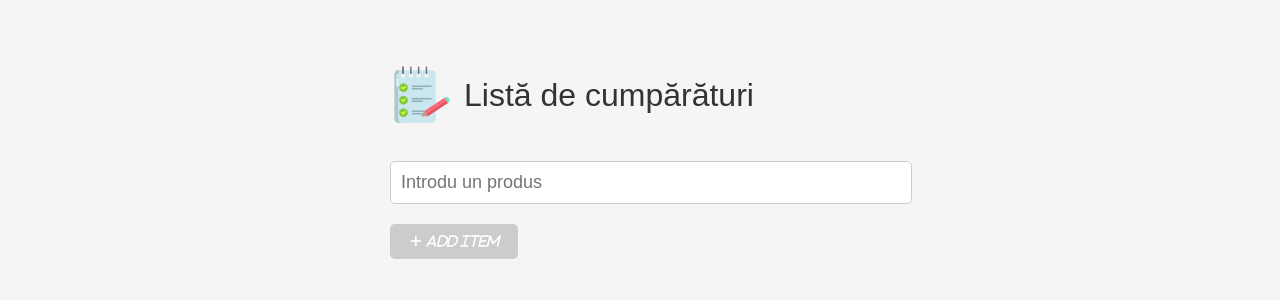
Repository: klaus0005/shopping-list
Page: index.html
An editor plug-in stored every save of this project. The page is shown before and after the next save, followed by the edit.
The browser window is 1280 px wide. The pictures show the whole page.
Some web libraries are served in a nearby version.

Above is the page before, as saved 2024-06-26 23:55:31.

After the next save:
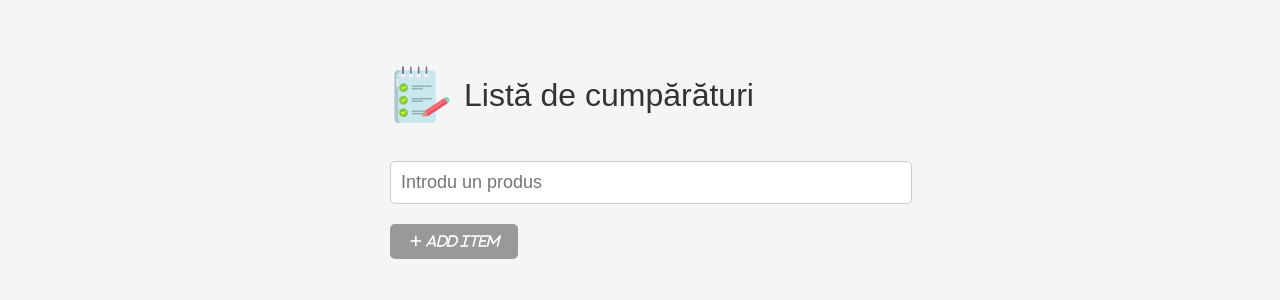
Saved 25 s later.
--- a/script.js
+++ b/script.js
@@ -180,7 +180,7 @@ function checkUI() {
   }
 
   formBtn.innerHTML = '<i class="fa-solid fa-plus"><i> Add item';
-  formBtn.style.backgroundColor = '#ccc';
+  formBtn.style.backgroundColor = '#999';
 
   isEditMode = false;
 }
